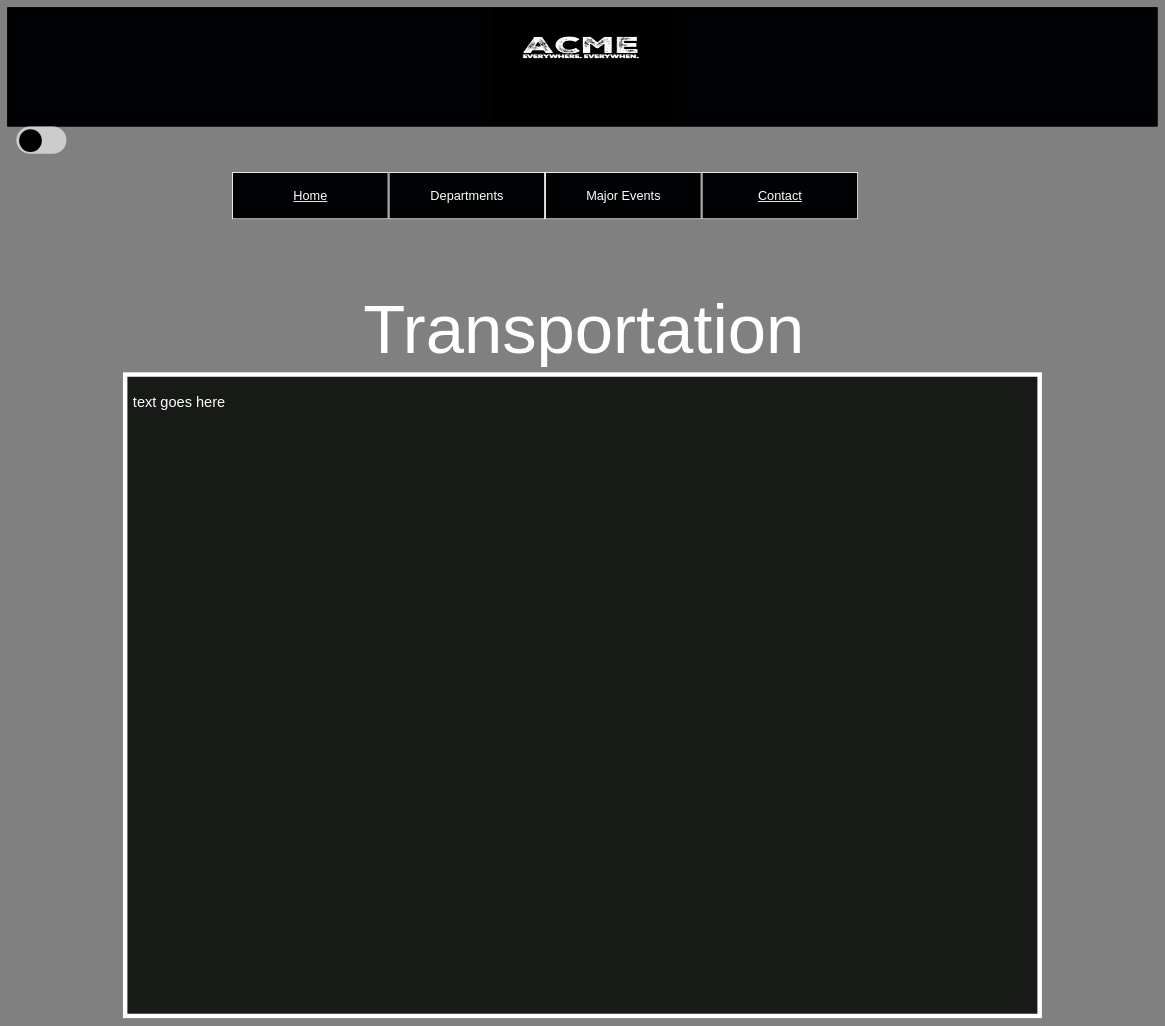
Repository: omega7379/omega7379.github.io
Page: transportation.html
The author's editor kept a copy of each file at every save. The page is drawn from the files as they stood at one save, then again after the next save.
The browser window is 1280 px wide. The pictures show the whole page, at 91% of full size.

Above is the page before, as saved 2022-06-21 22:34:12.

After the next save:
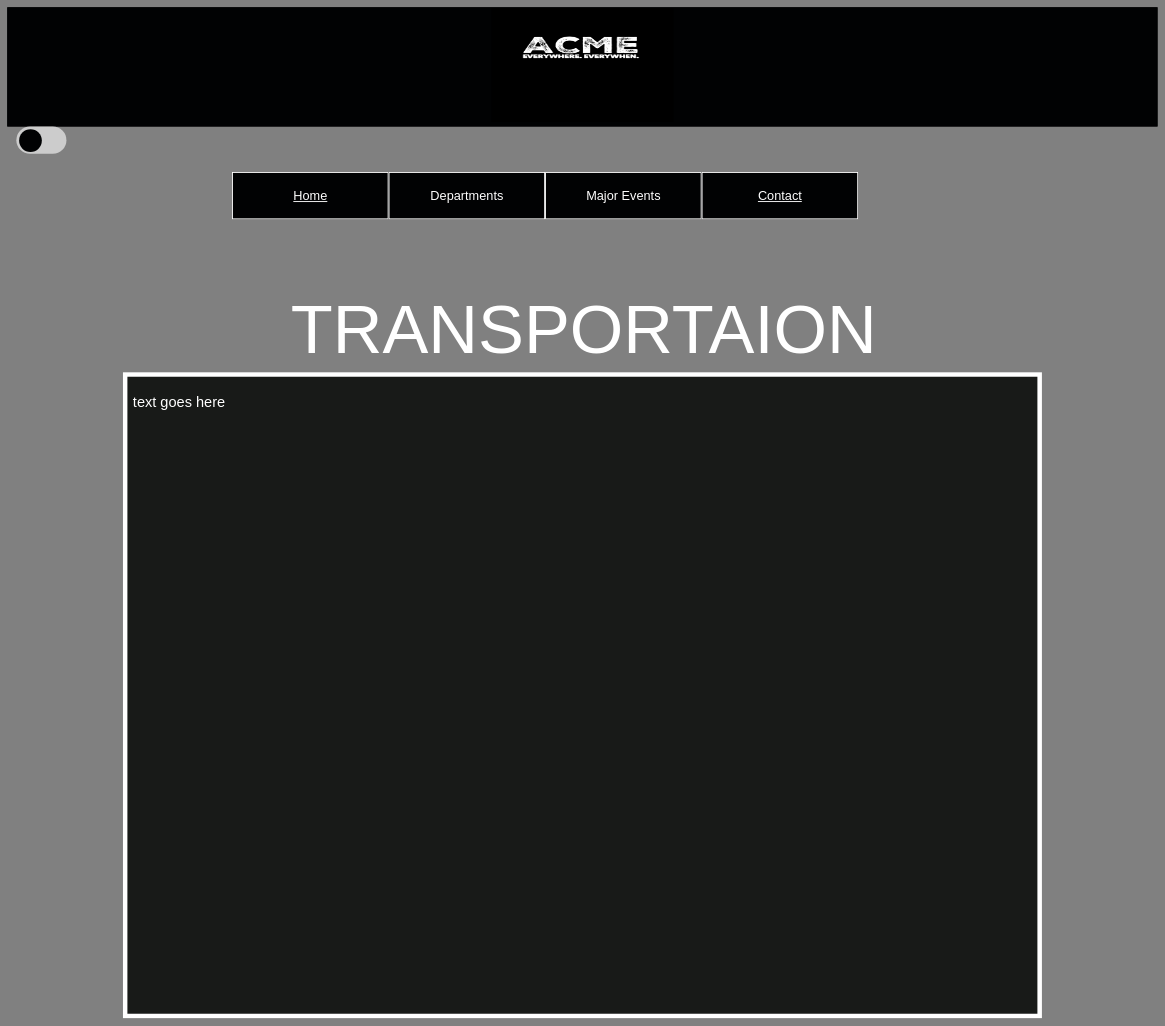
Saved 6 s later.
--- a/transportation.html
+++ b/transportation.html
@@ -82,7 +82,7 @@ Created 250122, Last Update 210622-->
             </div>
         </br></br></br>
             <div class="title">
-                <p>Transportation</p>
+                <p>TRANSPORTAION</p>
             </div>
             <!--main table holding the contents of the page-->
             <div class="contentTable">
